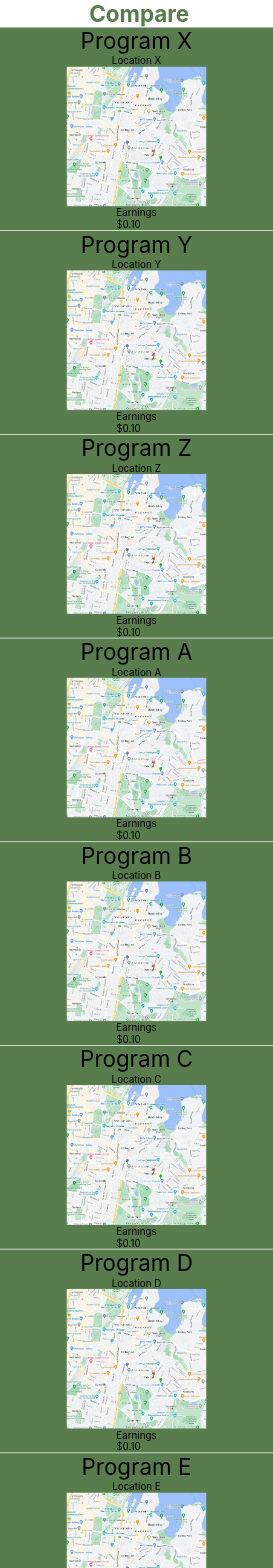
Repository: ct-pham/COMP4511
Screen: / (app in comp4511/)
An editor plug-in stored every save of this project. The screen is shown before and after the next save, followed by the edit.
The pictures show rows 0 to 2240 of an output 2658 px tall, at 70% of full size.
The app was drawn by React Native's web renderer in a window 390 px wide. The project was rebuilt for these pictures with package versions that can differ from the ones it lists, and the page was loaded fresh each time. Also part of the build but not shown: comp4511/Components/Homepage.js, comp4511/Components/AllEarnings.js, comp4511/Components/ProgramEarnings.js, comp4511/Components/Register.js, comp4511/Components/Login.js.

Above is the screen before, as saved 2022-11-09 19:19:06.

After the next save:
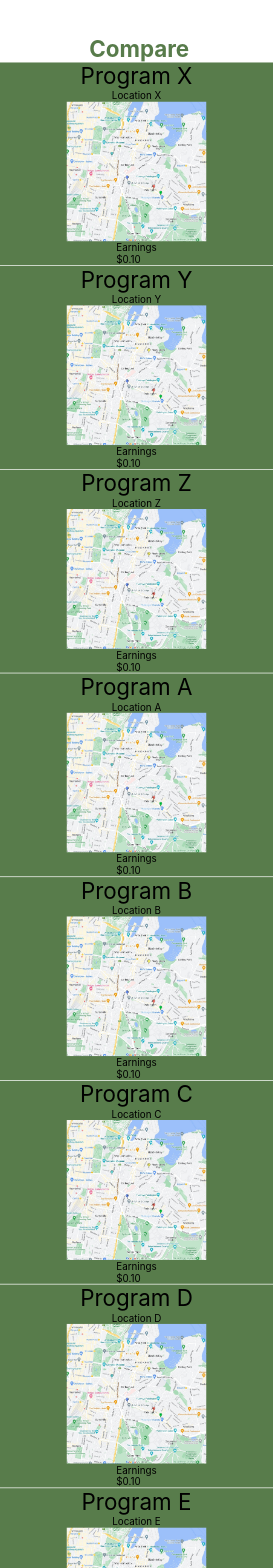
Saved 8 s later.
--- a/comp4511/Components/compareProgram/Compare.js
+++ b/comp4511/Components/compareProgram/Compare.js
@@ -27,7 +27,7 @@ export default function Compare() {
 const styles = StyleSheet.create({
     container: {
         marginBottom: 50,
-        marginBottom: 50,
+        marginTop: 50,
     },
     title: {
         fontSize: 32,
